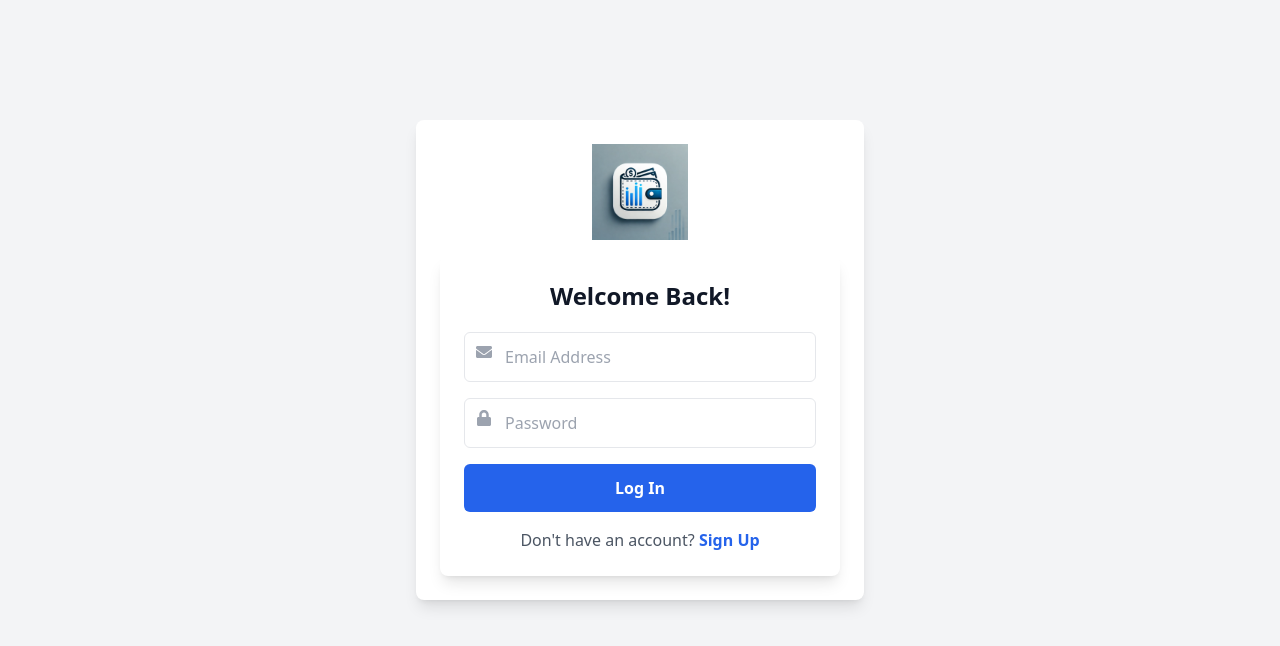
Repository: AmaanLucky/budget-planner-frontend
Page: /
These files come from the project's save history. The page is drawn as it stood at one moment and after the next save; the edit follows.
The browser window is 1280 px wide. The pictures show the whole page.
The project was rebuilt for these pictures with package versions that can differ from the ones it lists, and the page was loaded fresh each time. Also part of the build but not shown: vite.config.js, src/components/Navbar.jsx, src/components/BudgetInput.jsx, src/components/BudgetProgress.jsx, src/components/Warning.jsx, src/components/BudgetForm.jsx, src/components/RemainingBudget.jsx, src/components/SignupForm.jsx.

Above is the page before, as saved 2025-02-28 15:39:38.

After the next save:
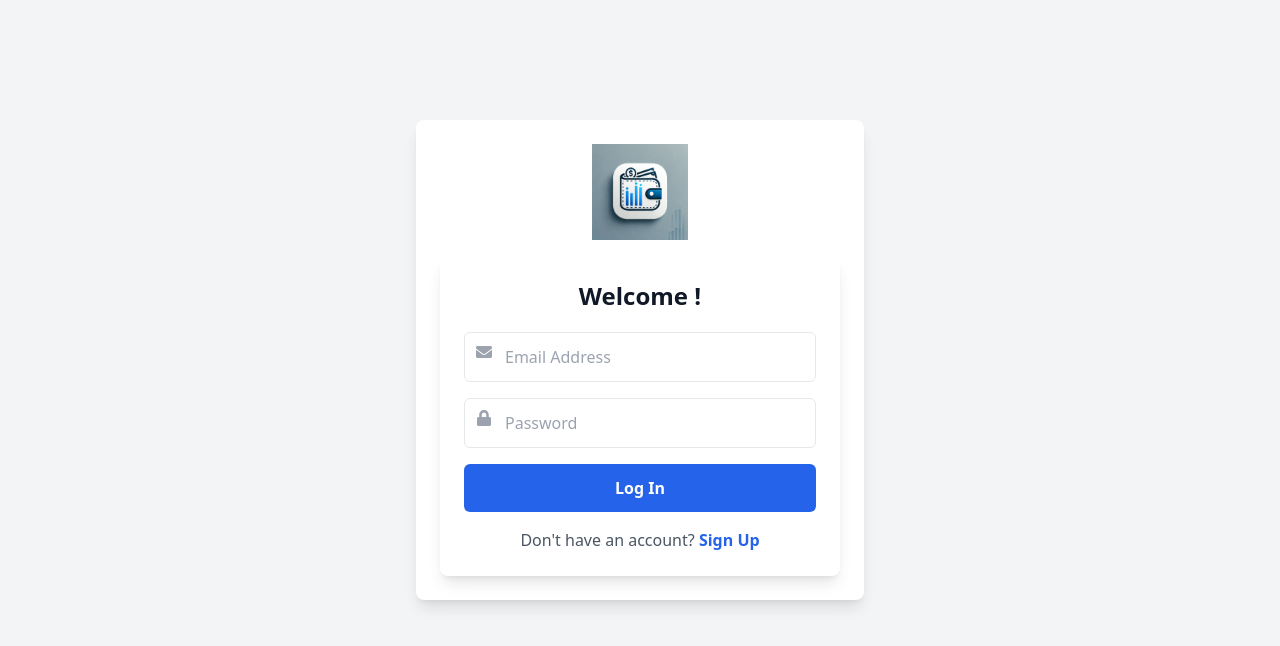
Saved 54 s later.
--- a/src/components/LoginForm.jsx
+++ b/src/components/LoginForm.jsx
@@ -40,7 +40,7 @@ const LoginForm = ({ onAuthSuccess, onToggle }) => {
       className="max-w-md w-full mx-auto p-6 bg-white dark:bg-gray-800 rounded-lg shadow-lg"
     >
       <h2 className="text-2xl font-bold text-center text-gray-900 dark:text-white mb-5">
-        Welcome Back!
+        Welcome !
       </h2>
 
       {error && <p className="text-red-500 text-center mb-4">{error}</p>}
